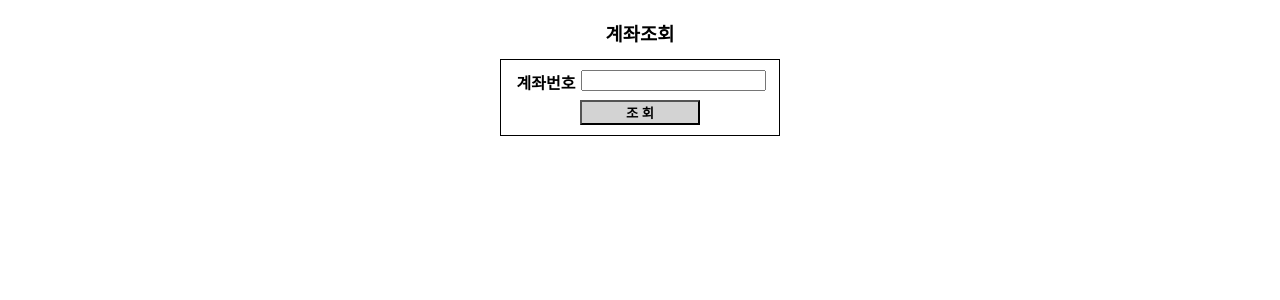
Repository: ss2ol/project
Page: http://localhost/Bank/accountInfo.jsp
An editor plug-in stored every save of this project. The page is shown before and after the next save, followed by the edit.
The browser window is 1280 px wide. The pictures show the whole page.
The page is served by Tomcat 9.

Above is the page before, as saved 2022-05-25 06:01:22.

After the next save:
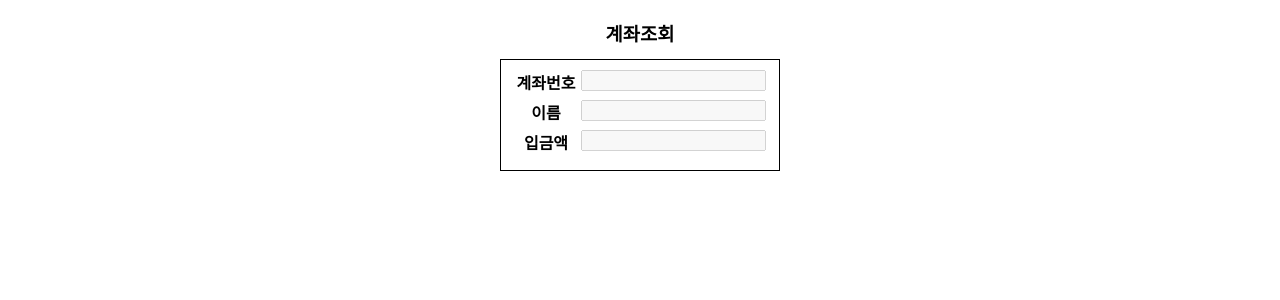
Saved 5 min 47 s later.
--- a/jsp_work/Bank/WebContent/accountInfo.jsp
+++ b/jsp_work/Bank/WebContent/accountInfo.jsp
@@ -1,96 +1,65 @@
 <%@ page language="java" contentType="text/html; charset=UTF-8"
-	pageEncoding="UTF-8"%>
+    pageEncoding="UTF-8"%>
 <!DOCTYPE html>
 <html>
 <head>
 <meta charset="UTF-8">
 <title>Insert title here</title>
-<style>
-body {
-	margin: 0 auto;
-	width: 280px;
-}
+    <style>
+        body {
+            margin: 0 auto;
+            width: 280px;
+        }
 
-.container {
-	padding: 10px;
-	border: 1px solid;
-}
+        .container {
+            padding: 10px;
+            border: 1px solid;
+        }
 
-.header {
-	height: 40px;
-}
+        .header {
+            height: 40px;
+        }
 
-.row {
-	height: 30px;
-}
+        .row {
+            height: 30px;
+        }
 
-.title {
-	width: 70px;
-	float: left;
-	font-weight: bold;
-}
+        .title {
+            width: 70px;
+            float: left;
+            font-weight: bold;
+        }
 
-.input {
-	float: left;
-}
+        .input {
+            float: left;
+        }
 
-input[type='submit'] {
-	font-weight: bold;
-	width: 120px;
-	background-color: lightgrey;
-}
-</style>
+        input[type='submit'] {
+            font-weight: bold;
+            width: 120px;
+            background-color: lightgrey;
+        }
+    </style>
 </head>
 <body>
-	<center>
-		<div class="header">
-			<h3>계좌조회</h3>
-		</div>
-		<div class="container" id='query'>
-			<form id='form'>
-				<div class="row">
-					<div class="title">계좌번호</div>
-					<div class="input">
-						<input type="text" name="id">
-					</div>
-				</div>
-				<div class="button">
-					<input type="submit" value="조 회">
-				</div>
-			</form>
-		</div>
-		<div class="container" id='result' hidden>
-			<div class="row">
-				<div class="title">계좌번호</div>
-				<div class="input">
-					<input type="text" name="id" id='id' disabled>
-				</div>
-			</div>
-			<div class="row">
-				<div class="title">이름</div>
-				<div class="input">
-					<input type="text" name="name" id='name' disabled>
-				</div>
-			</div>
-			<div class="row">
-				<div class="title">입금액</div>
-				<div class="input">
-					<input type="text" name="money" id='money' disabled>
-				</div>
-			</div>
-			<div class="row">
-				<div class="title">종류</div>
-				<div class="input">
-					<input type="text" name="type" id='type' disabled>
-				</div>
-			</div>
-			<div class="row">
-				<div class="title">등급</div>
-				<div class="input">
-					<input type="text" name="grade" id='grade' disabled>
-				</div>
-			</div>
-		</div>
-	</center>
+    <center>
+        <div class="header">
+            <h3>계좌조회</h3>
+        </div>
+
+        <div class="container" id='result'>
+            <div class="row">
+                <div class="title">계좌번호</div>
+                <div class="input"><input type="text" name="id" id='id' disabled></div>
+            </div>
+            <div class="row">
+                <div class="title">이름</div>
+                <div class="input"><input type="text" name="name" id='name' disabled></div>
+            </div>
+            <div class="row">
+                <div class="title">입금액</div>
+                <div class="input"><input type="text" name="money" id='money' disabled></div>
+            </div>
+    </center>
 </body>
 </html>
